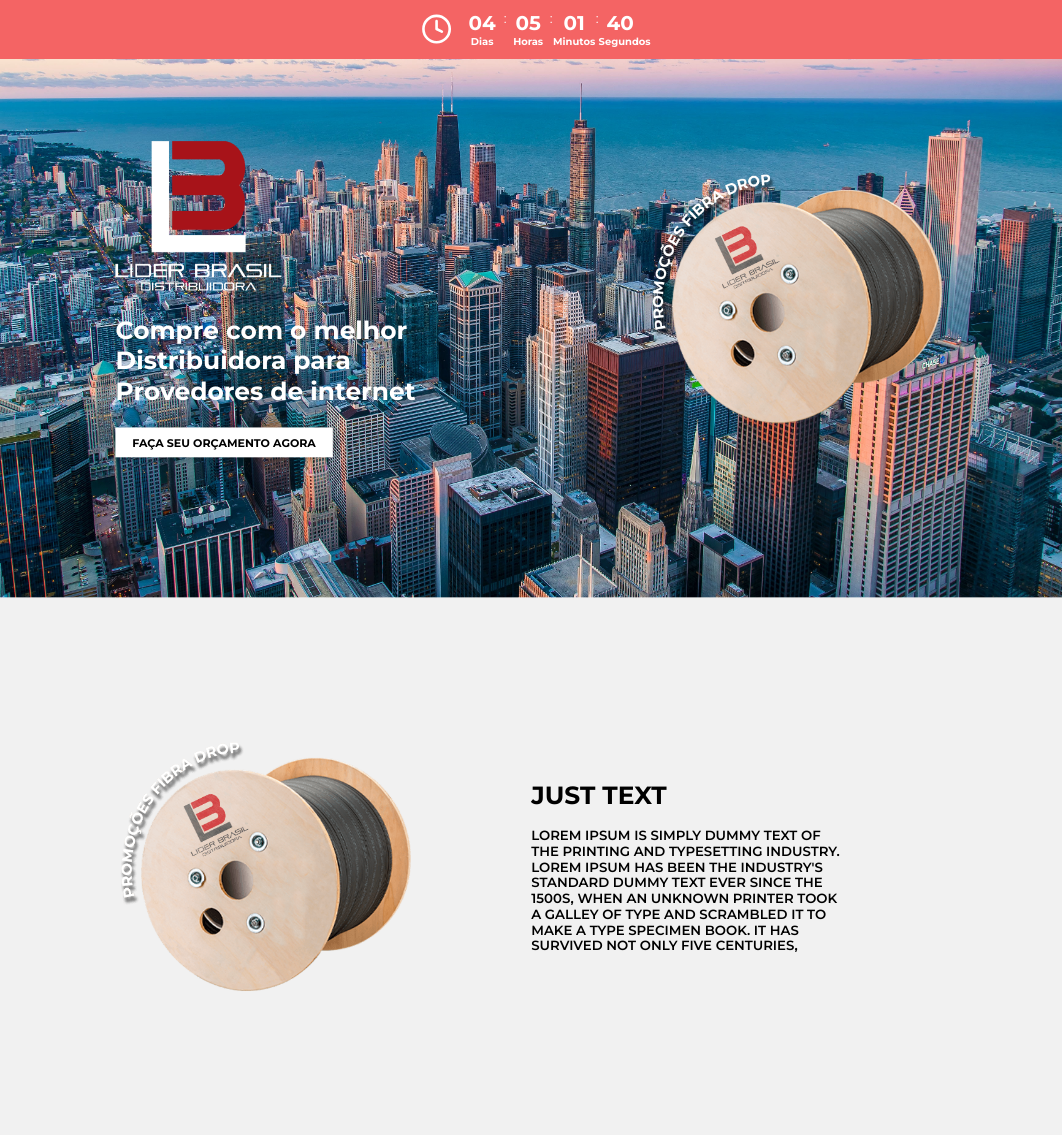
Repository: mateus-henrique-silva/landing_drop
Page: index.html
The author's editor kept a copy of each file at every save. The page is drawn from the files as they stood at one save, then again after the next save.
The browser window is 1280 px wide. The pictures show the whole page, at 83% of full size.
Backgrounds fixed to the window are drawn as part of the page. Some web fonts or font styles are not loaded; a fallback is used.

Above is the page before, as saved 2022-08-26 13:07:03.

After the next save:
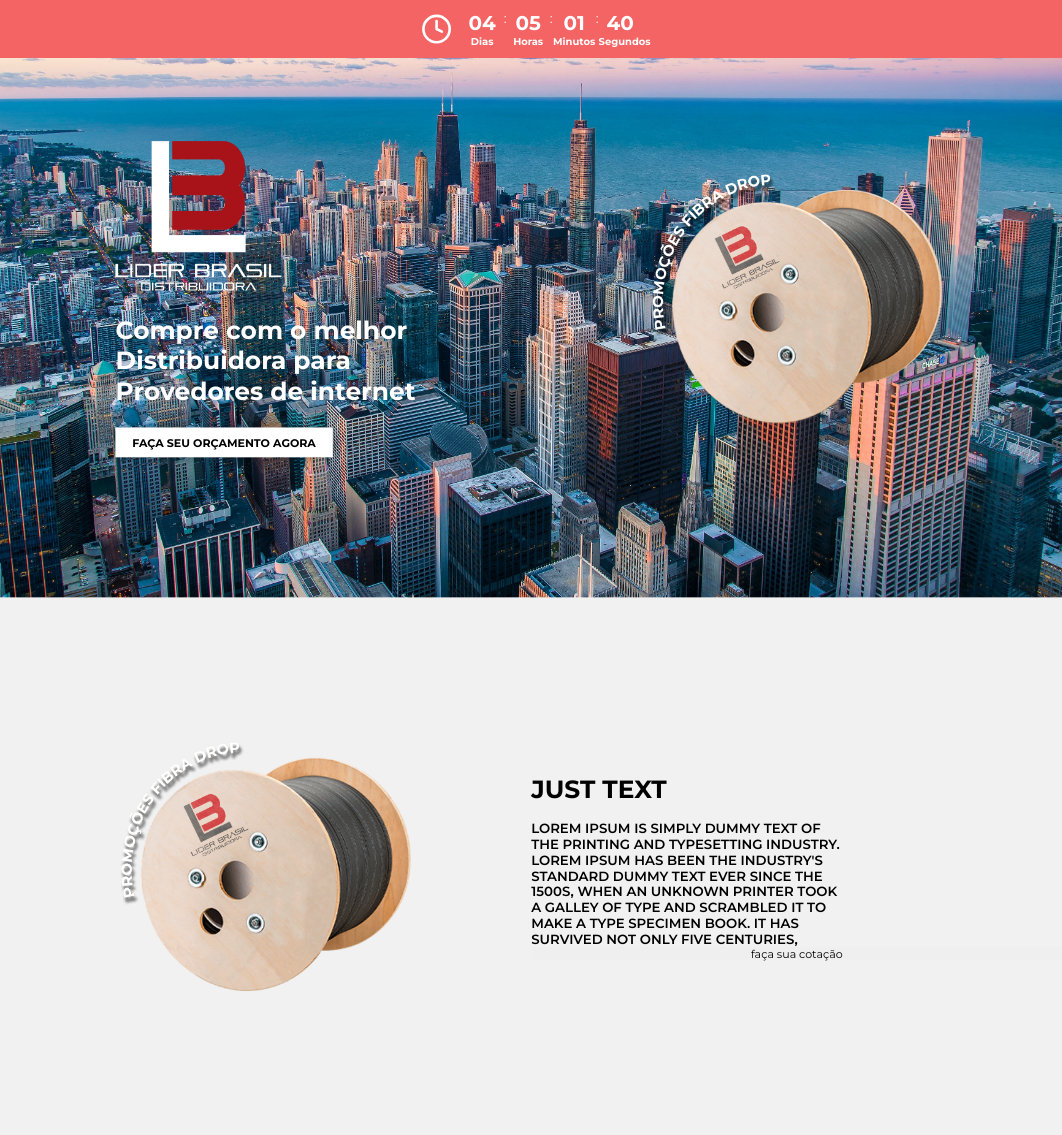
Saved 9 s later.
--- a/index.html
+++ b/index.html
@@ -72,7 +72,7 @@
             only five centuries,
           </p>
           <button class="btn-king">
-
+            faça sua cotação
           </button>
         </div>
       </section>
